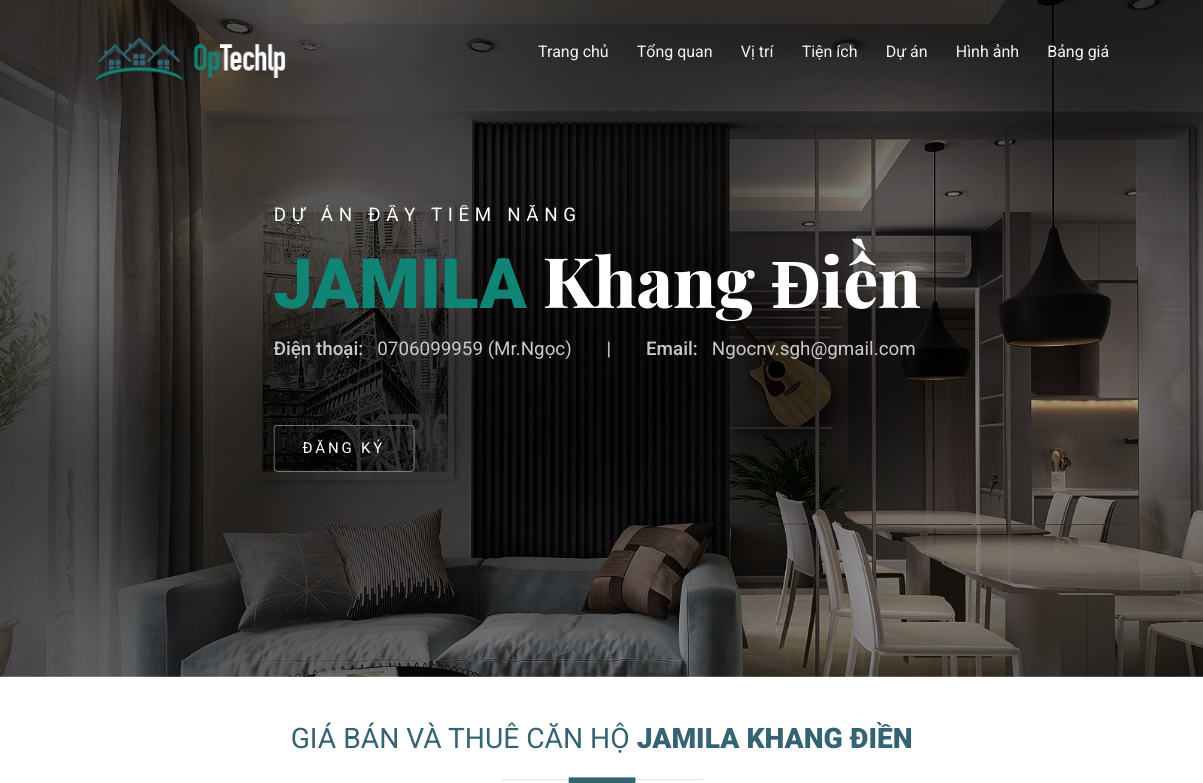
Repository: phunobi1807/Myweb
Page: index.html
These files come from the project's save history. The page is drawn as it stood at one moment and after the next save; the edit follows.
The browser window is 1280 px wide. The pictures show the whole page, at 94% of full size.
Some web fonts or font styles are not loaded; a fallback is used.

Above is the page before, as saved 2021-05-14 11:36:26.

### index.html
<!DOCTYPE html>
<html lang="en">

<head>
    <meta charset="UTF-8">
    <meta http-equiv="X-UA-Compatible" content="IE=edge">
    <meta name="viewport" content="width=device-width, initial-scale=1.0">
    <link rel="stylesheet" type="text/css" href="./css/style.css">
    <title>JAMILA Khang Điền</title>
</head>

<body>
    <header>
        <a href="#" class="logo">
            <img src="./image/logo-banner.png" alt="logo">
        </a>
        <div class="menuToggle" onclick="toggleMenu"></div>
        <ul class="navigation">
            <li><a href="#" onclick="toggleMenu">Trang chủ</a></li>
            <li><a href="#" onclick="toggleMenu">Tổng quan</a></li>
            <li><a href="#" onclick="toggleMenu">Vị trí</a></li>
            <li><a href="#" onclick="toggleMenu">Tiện ích</a></li>
            <li><a href="#" onclick="toggleMenu">Dự án</a></li>
            <li><a href="#" onclick="toggleMenu">Hình ảnh</a></li>
            <li><a href="#" onclick="toggleMenu">Bảng giá</a></li>
        </ul>
    </header>
    <section class="banner" id="banner">
        <div class="content">
            <p class="title">dự án đầy tiềm năng</p>
            <h3><strong>JAMILA</strong> Khang Điền</h3>
            <div class="content-contact">
                <p class="phone">Điện thoại: <span class="number-phone">0706099959 (Mr.Ngọc)</span></p>
                <div class="gachgiua">|</div>
                <p class="email">Email: <span class="email">Ngocnv.sgh@gmail.com</span></p>
            </div>
            <div class="input">
                <input type="button" class="btn btn-outline" value="Đăng ký">
            </div>
        </div>
    </section>
    <section class="price-apartment mt-5">
        <div class="container text-center">
            <div class="list-price-apartment">
                <h1>giá bán và thuê căn hộ <span>jamila khang điền</span></h1>
                <div class="gach-chan">
                    <div class="gachchan"></div>
                </div>
            </div>
        </div>
    </section>
    <link rel="stylesheet" href="https://maxcdn.bootstrapcdn.com/bootstrap/4.5.2/css/bootstrap.min.css">
    <script src="https://ajax.googleapis.com/ajax/libs/jquery/3.5.1/jquery.min.js"></script>
    <script src="https://cdnjs.cloudflare.com/ajax/libs/popper.js/1.16.0/umd/popper.min.js"></script>
    <script src="https://maxcdn.bootstrapcdn.com/bootstrap/4.5.2/js/bootstrap.min.js"></script>
    <script type="text/javascript">
        window.addEventListener('scroll', function() {
            const header = document.querySelector('header');
            header.classList.toggle("sticky", window.scrollY > 0);
        });

        function toggleMenu() {
            const menutoggle = document.querySelector('.menuToggle');
            const navigation = document.querySelector('.navigation');
            menuToggle.classList.toggle('active');
            navigation.classList.toggle('active');
        }
    </script>
</body>

</html>
<!-- <script type="text/javascript">
    window.addEventListener('scroll', function() {
        const header = document.querySelector('header');
        header.classList.toggle("sticky", window.scrollY > 0);
    });

    function toggleMenu() {
        const menuToggle = document.querySelector('.menuToggle');
        const navigation = document.querySelector('.navigation');
        menuToggle.classList.toggle('active');
        navigation.classList.toggle('active');
    }
</script> -->

### css/style.css
    @import url(https://fonts.googleapis.com/css2?family=Roboto:wght@100;200;300;400;500;600;800;900&display=swap);
    @import url(https://fonts.googleapis.com/css2?family=Playfair+Display:wght@100;200;300;400;500;600;800;900&display=swap);
    * {
        margin: 0;
        padding: 0;
        box-sizing: border-box;
        font-family: 'Roboto', 'Regular';
        scroll-behavior: smooth;
        overflow-x: hidden !important;
    }

    p {
        font-weight: 300;
        color: #ffffff;
    }

    .banner {
        position: relative;
        width: 100%;
        min-height: 100vh;
        display: flex;
        justify-content: center;
        align-items: center;
        background: url('../image/banner.png');
        background-size: cover;
    }

    .banner .content {
        max-width: 900px;
        text-align: left;
    }

    .banner .content p.title {
        font-size: 20px;
        opacity: 100%;
        text-transform: uppercase;
        font-weight: 400;
        letter-spacing: 6px;
        line-height: 20px;
        color: #ffffff;
    }

    .banner .content h3 {
        font-family: 'Playfair Display', serif;
        font-size: 74px;
        font-style: bold;
        font-weight: 700;
        color: #ffffff;
        text-align: left;
    }

    .banner .content h3 strong {
        color: #118575;
    }

    .banner .content .content-contact {
        margin-bottom: 50px;
    }

    .banner .content .content-contact,
    p {
        display: flex;
        color: #cacaca;
        font-size: 20px;
        font-style: bold;
        font-weight: 500;
    }

    .banner .content .content-contact p span {
        padding: 0px 15px;
        font-weight: 400;
        font-style: normal;
        color: #cacaca;
    }

    .banner .content .content-contact .gachgiua {
        padding-right: 15px;
        margin: 0px 22px;
    }

    .banner .content .input input {
        width: 150px;
        height: 50px;
        border: 1px solid;
        /* opacity: 40%; */
        color: #ffffff;
        border-color: #8a8a8a;
        text-transform: uppercase;
        letter-spacing: 3px;
        transition: 0.5s;
    }

    .banner .content .input input:hover {
        width: 160px;
        transition: 0.5s;
        background-color: #118575;
    }

    .banner .content .input input::-ms-value {
        color: red;
    }

    header {
        position: fixed;
        top: 0;
        left: 0;
        width: 100%;
        padding: 40px 100px;
        z-index: 10;
        display: flex !important;
        justify-content: space-between;
        align-items: center;
        transition: 0.5s;
    }

    header.sticky {
        background: rgb(43, 43, 43);
        padding: 10px 100px;
        box-shadow: 0 5px 20px rgba(0, 0, 0, 0.05);
    }

    header.sticky ul {
        margin-top: 14px;
        line-height: 14px;
    }

    header .navigation {
        position: relative;
        display: flex;
    }

    header .navigation li {
        list-style-type: none;
        margin-left: 30px;
    }

    header .navigation li a {
        opacity: 100%;
        font-size: 17px;
        text-decoration: none;
        color: #f2f2f2;
        line-height: 20px;
    }

    header.sticky .navigation li a {
        color: #fff;
    }

    header .navigation li a:hover {
        color: #118575;
        letter-spacing: 3px;
        transition: 1s;
        text-transform: uppercase;
    }
    /* giá bán căn hộ trong bảng  */

    .price-apartment h1 {
        font-size: 30px;
        text-transform: uppercase;
        font-weight: 400;
        color: #346473;
    }

    .price-apartment h1 span {
        font-weight: 900;
    }

    .price-apartment .gach-chan {
        border-bottom: 1px solid #d7d7d7;
        width: 215px;
        margin-left: 28rem;
        z-index: 1;
        margin-top: 25px;
    }

    .price-apartment .gachchan {
        position: absolute;
        border: 3px solid #346473;
        width: 71px;
        margin-left: 4.5rem;
        z-index: 10;
        margin-top: -2.5px;
    }
    /* end giá bán căn hộ trong bảng  */

After the next save:
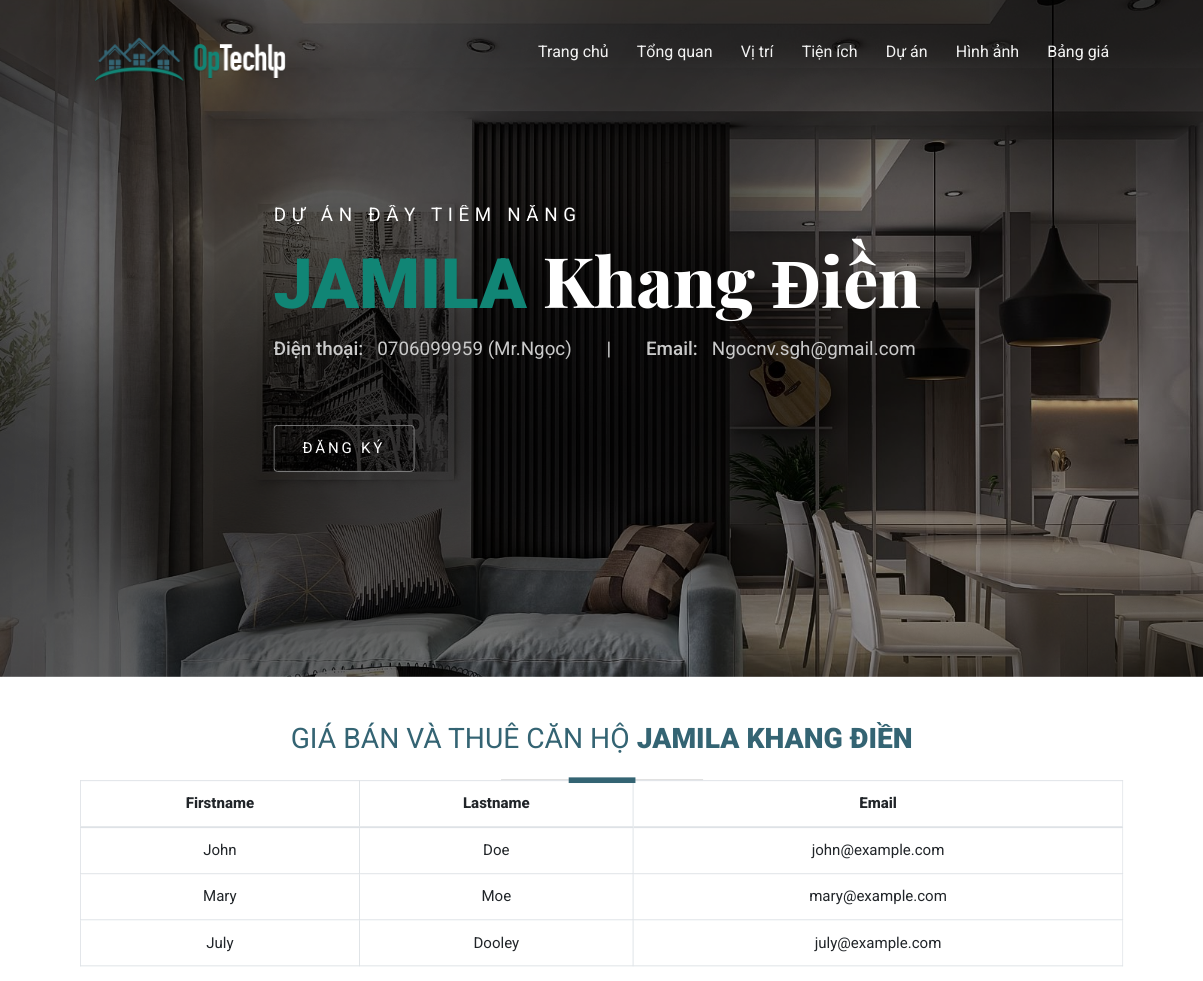
Saved 116 s later.
--- a/index.html
+++ b/index.html
@@ -46,6 +46,32 @@
                 <div class="gach-chan">
                     <div class="gachchan"></div>
                 </div>
+                <table class="table table-bordered">
+                    <thead>
+                        <tr>
+                            <th>Firstname</th>
+                            <th>Lastname</th>
+                            <th>Email</th>
+                        </tr>
+                    </thead>
+                    <tbody>
+                        <tr>
+                            <td>John</td>
+                            <td>Doe</td>
+                            <td>john@example.com</td>
+                        </tr>
+                        <tr>
+                            <td>Mary</td>
+                            <td>Moe</td>
+                            <td>mary@example.com</td>
+                        </tr>
+                        <tr>
+                            <td>July</td>
+                            <td>Dooley</td>
+                            <td>july@example.com</td>
+                        </tr>
+                    </tbody>
+                </table>
             </div>
         </div>
     </section>
